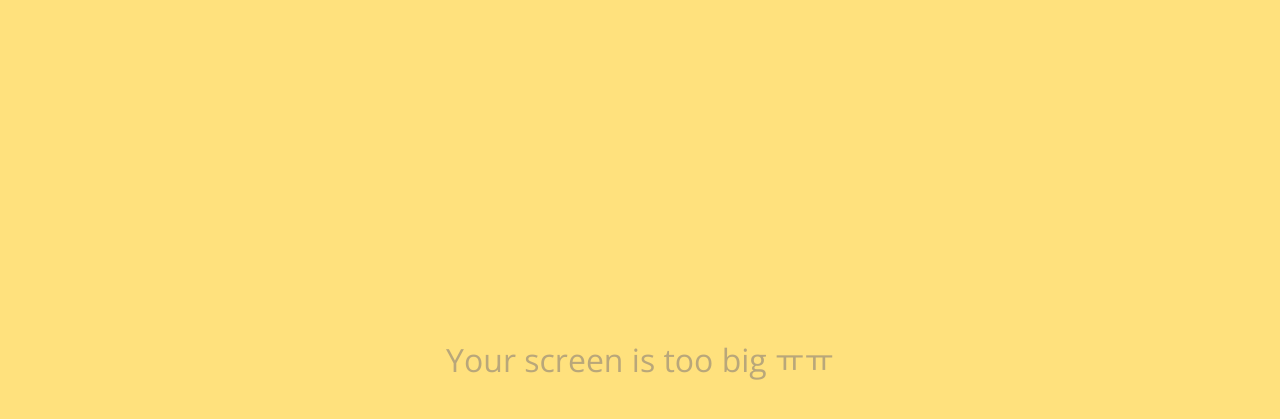
Repository: MIJI-H/kokoa-clone-2020
Page: settings.html
These files come from the project's save history. The page is drawn as it stood at one moment and after the next save; the edit follows.
The browser window is 1280 px wide. The pictures show the whole page.
Some web libraries are served in a nearby version.

Above is the page before, as saved 2023-08-06 08:52:09.

### settings.html
<!DOCTYPE html>
<html lang="en">
  <head>
    <link rel="stylesheet" href="css/styles.css" />
    <meta charset="UTF-8" />
    <meta name="viewport" content="width=device-width, initial-scale=1.0" />
    <title>Settings - Kokoa Clone</title>
  </head>
  <body>
    <div class="status-bar">
      <div class="status-bar__column">
        <span>Chunsik Service</span>
        <i class="fas fa-wifi"></i>
      </div>
      <div class="status-bar__column">
        <span>18:43</span>
      </div>
      <div class="status-bar__column">
        <span>80%</span>
        <i class="fas fa-battery-full fa-lg"></i>
        <i class="fas fa-bolt"></i>
      </div>
    </div>

    <header class="alt-header">
      <div class="alt-header__column">
        <a href="more.html">
          <i class="fas fa-angle-left fa-3x"></i>
        </a>
      </div>
      <div class="alt-header__column">
        <h1 class="alt-header__title">Settings</h1>
      </div>
      <div class="alt-header__column">
        <span><i class="fas fa-search fa-lg"></i></span>
      </div>
    </header>

    <main class="main-screen">
      <ul class="settings-list">
        <li class="settings__setting">
          <div class="settings__setting-column">
            <i class="fas fa-bullhorn"></i>
            <span>Notices</span>
          </div>
          <div class="settings__setting-column"></div>
        </li>
        <li class="settings__setting">
          <div class="settings__setting-column">
            <i class="fas fa-flask"></i>
            <span>Kokoa Lab</span>
          </div>
          <div class="settings__setting-column"></div>
        </li>
        <li class="settings__setting">
          <div class="settings__setting-column">
            <i class="fas fa-info-circle"></i>
            <span>Version</span>
          </div>
          <div class="settings__setting-column">Latest Version</div>
        </li>
      </ul>
    </main>
    <nav class="nav">
      <ul class="nav__list">
        <li class="nav__btn">
          <a class="nav__link" href="friends.html"
            ><i class="far fa-user fa-2x"></i
          ></a>
        </li>
        <li class="nav__btn">
          <a class="nav__link" href="chats.html">
            <span class="nav__notification badge">1</span>
            <i class="far fa-comment fa-2x"></i>
          </a>
        </li>
        <li class="nav__btn">
          <a class="nav__link" href="find.html"
            ><i class="fas fa-search fa-2x"></i
          ></a>
        </li>
        <li class="nav__btn">
          <a class="nav__link" href="more.html"
            ><i class="fas fa-ellipsis-h fa-2x"></i
          ></a>
        </li>
      </ul>
    </nav>
    <div id="no-mobile">
      <span>Your screen is too big ㅠㅠ</span>
    </div>

    <script
      src="https://kit.fontawesome.com/6478f529f2.js"
      crossorigin="anonymous"
    ></script>
  </body>
</html>

### css/styles.css
@import url("https://fonts.googleapis.com/css2?family=Open+Sans:wght@400;600&display=swap");
@import "reset.css";
@import "variables.css";
/*Components*/
@import "components/status-bar.css";
@import "components/nav-bar.css";
@import "components/screen-header.css";
@import "components/alt-screen-header.css";
@import "components/user-component.css";
@import "components/badge.css";
@import "components/icon-row.css";
@import "components/no-mobile.css";
/*Screens*/
@import "screens/login.css";
@import "screens/friends.css";
@import "screens/find.css";
@import "screens/more.css";
@import "screens/settings.css";
@import "screens/chat.css";
body {
  font-family: "Open Sans", sans-serif;
  color: rgb(185, 167, 122);
}
.main-screen {
  padding: 0px var(--horizontal-space);
}

### css/variables.css
:root {
  --yellow: rgb(255, 225, 125);
  --horizontal-space: 25px;
  --main-border: 1px solid rgba(0, 0, 0, 0.2);
}

### css/components/status-bar.css
.status-bar {
  display: flex;
  justify-content: center;
}
.status-bar__column {
  width: 33%;
}
.status-bar__column:first-child span {
  margin-right: 5px;
}
.status-bar__column:nth-child(2) {
  display: flex;
  justify-content: center;
  font-weight: bolder;
}
.status-bar__column:last-child {
  display: flex;
  justify-content: flex-end;
  align-items: center;
}
.status-bar__column .fa-battery-full {
  margin: 0px 5px;
}

### css/components/nav-bar.css
.nav {
  background-color: rgb(239, 195, 195, 0.3);
  padding: 20px 40px;
  border-top: 1px solid rgba(121, 121, 121, 0.3);
  position: fixed;
  bottom: 0px;
  width: 100%;
  box-sizing: border-box;
}
.nav__list {
  display: flex;
  justify-content: space-between;
}
.nav__link {
  color: rgb(196, 179, 104);
  position: relative;
}
@keyframes notificationAnimation {
  0% {
    transform: none;
  }
  50% {
    transform: translateY(-5px) rotateY(360deg);
  }
  100% {
    transform: none;
  }
}

.nav__notification {
  position: absolute;
  bottom: 15px;
  left: 15px;
  animation: notificationAnimation 2s ease-in-out infinite;
}

@keyframes appearBtnAnimation {
  from {
    opacity: 0;
  }
  to {
    opacity: 1;
    transform: none;
  }
}

.nav__btn {
  transform: translateY(50px);
  opacity: 0;
  animation: appearBtnAnimation 0.3s ease-in-out forwards;
}

.nav__btn:nth-child(2) {
  animation-delay: 0.2s;
}
.nav__btn:nth-child(3) {
  animation-delay: 0.5s;
}
.nav__btn:last-child {
  animation-delay: 0.8s;
}

### css/components/screen-header.css
.screen-header {
  display: flex;
  justify-content: space-between;
  align-items: center;
  padding: var(--horizontal-space);
  margin-bottom: 15px;
}
.screen-header__title {
  font-size: 32px;
  font-weight: 600;
  color: rgb(201, 116, 180);
}

.screen-header__icons span {
  margin-left: 25px;
}
@keyframes rotateCog {
  from {
    transform: none;
  }
  to {
    transform: rotateZ(360deg);
  }
}

.screen-header__icons .fa-cog:hover {
  animation: rotateCog 1s linear infinite;
}
#friends-display-link {
  text-align: center;
  display: block;
  background-color: rgba(201, 116, 180, 0.3);
  padding: 15px 0px;
  font-size: 16px;
}

#friends-display-link i {
  color: rgba(201, 116, 180, 0.3);
}

### css/components/alt-screen-header.css
.alt-header {
  padding: var(--horizontal-space);
  margin-bottom: 15px;
  display: flex;
  align-items: center;
  justify-content: center;
}
.alt-header__column {
  width: 33%;
}
.alt-header__title {
  font-size: 28px;
  font-weight: 600;
}

.alt-header__column:first-child {
  margin-right: auto;
}
.alt-header__column:nth-child(2) {
  text-align: center;
}
.alt-header__column:last-child {
  margin-left: auto;
  display: flex;
  justify-content: flex-end;
}

.alt-header__column span:last-child {
  margin-left: 20px;
}

### css/components/user-component.css
.user-component {
  justify-content: space-between;
}

.user-component,
.user-component__column:first-child {
  display: flex;
  align-items: center;
}

.user-component__avatar {
  width: 70px;
  height: 70px;
  border-radius: 30px;
  margin-right: 20px;
}

.user-component__title {
  font-weight: 600;
  font-size: 22px;
}

.user-component__subtitle {
  margin-top: 8px;
  font-size: 17px;
  color: rgba(0, 0, 0, 0.5);
}
.user-component__avatar--xl {
  width: 80px;
  height: 80px;
}
.user-component__avatar--sm {
  width: 60px;
  height: 60px;
  border-radius: 25px;
}

.user-component__title--not-bold {
  font-weight: 400;
}

.user-component__column:last-child {
  color: rgba(0, 0, 0, 0.4);
  display: flex;
  flex-direction: column;
  align-items: flex-end;
}

.user-component__time {
  margin-bottom: 10px;
  display: block;
}

### css/components/badge.css
.badge {
  background-color: rgb(227, 122, 170);
  width: 30px;
  height: 30px;
  border-radius: 15px;
  display: flex;
  justify-content: center;
  align-items: center;
  color: white;
  font-weight: 600;
}

### css/screens/login.css
 .welcome-header {
    text-align: center;
    margin: 90px 0px;
    display: flex;
    flex-direction: column;
    align-items: center;
  }
  .welcome-header__title {
    font-size: 25px;
    font-weight: 550;
    margin-bottom: 40px;
  }
  .welcome-header__text1 {
    width: 45%;
    color: gray;
    margin-bottom: 6px;
  }
  .welcome-header__text2 {
    color: gray;
  }

  #login-form {
    display: flex;
    flex-direction: column;
    margin: 0px 30px;
  }

  #login-form input {
    padding: 15px 0px;
    border: none;
    font-size: 18px;
    margin-bottom: 20px;
  }
  #login-form input:not([type="submit"]) {
    border-bottom: 1px solid rgba(0, 0, 0, 0.2);
    transition: border-color 0.3s ease-in-out;
  }
  #login-form input::placeholder {
    color: rgba(0, 0, 0, 0.4);
  }

  #login-form input:focus {
    border-color: var(--yellow);
    transition: 0.3s ease-in-out;
  }

  #login-form input[type="submit"] {
    background-color: var(--yellow);
    cursor: pointer;
    font-size: 16px;
    border-radius: 5px;

  #login-form a {
    text-align: center;
    text-decoration: none;
    color: inherit;
    font-size: 13px;
  }

### css/screens/friends.css
#friends-display-link {
  text-align: center;
  display: block;
  background-color: #fafafa;
  padding: 15px 0px;
  font-size: 18px;
  margin-top: -15px;
}

#friends-display-link i {
  color: rgba(0, 0, 0, 0.3);
}

.friends-screen {
  padding: 0px var(--horizontal-space);
}
.friends-screen__channel {
  margin-top: 25px;
  border-top: var(--main-border);
  padding-top: 15px;
}

.friends-screen__channel-header {
  margin-bottom: 30px;
  display: flex;
  justify-content: space-between;
  color: rgba(0, 0, 0, 0.5);
}
@keyframes hideSplashScreen {
  from {
    opacity: 1;
  }
  to {
    opacity: 0;
    visibility: hidden;
  }
}

#splash-screen {
  background-color: var(--yellow);
  background-image: url("https://item.kakaocdn.net/do/c5c470298d527ef65eb52883f0f186c48f324a0b9c48f77dbce3a43bd11ce785");
  background-size: cover;
  position: absolute;
  height: 100vh;
  width: 100vw;
  top: 0;
  display: flex;
  justify-content: center;
  align-items: center;
  font-size: 132px;
  animation: hideSplashScreen 0.3s ease-in-out forwards;
  animation-delay: 2s;
}

### css/screens/find.css
.recommended-friends {
  margin: 25px 0px;
  padding: 25px 0px;
  border-top: var(--main-border);
  border-bottom: var(--main-border);
}
.recommended-friends__title {
  font-size: 14px;
  color: rgba(0, 0, 0, 0.5);
}

.recommended-friends span {
  margin: 100px 0;
  display: block;
  text-align: center;
  font-size: 18px;
  color: rgba(0, 0, 0, 0.5);
}
.open-chat__header {
  display: flex;
  justify-content: space-between;
  opacity: 0.8;
  margin-bottom: 25px;
}

.open-chat__header span {
  opacity: 0.6;
}

.open-post {
  display: flex;
  justify-content: space-between;
  align-items: center;
}

.open-post__title {
  font-weight: 600;
  margin-bottom: 7px;
}

.open-post__hashtags {
  text-transform: uppercase;
  opacity: 0.6;
}

.open-post__members {
  margin-top: 7px;
  display: flex;
  align-items: center;
}

.open-post__members img {
  width: 15px;
  height: 15px;
  border-radius: 50%;
  margin-right: 5px;
}

.open-post__member-count {
  opacity: 0.5;
  font-size: 14px;
}

.open-post__members .divider {
  width: 2px;
  height: 15px;
  margin: 0 5px;
  background-color: rgba(0, 0, 0, 0.2);
}

.open-post__member-status {
  color: #ffb0e0;
}
.open-post__photo {
  position: relative;
}

.open-post__photo img {
  width: 100px;
  height: 100px;
  border-radius: 10px;
  border: 2px solid pink;
}
.open-post__heart-count {
  background-color: rgba(0, 0, 0, 0.5);
  color: white;
  padding: 5px;
  border-radius: 20px;
  display: flex;
  align-items: center;
  position: absolute;
  bottom: 10px;
  right: 10px;
  font-size: 12px;
}

.open-post__heart-count span {
  margin-left: 3px;
}
@keyframes heartBeat {
  0% {
    color: white;
    transform: none;
  }
  50% {
    color: tomato;
    transform: scale(1.5);
  }
  100% {
    color: white;
    transform: none;
  }
}

.open-post__heart-count:hover i {
  will-change: transform;
  animation: heartBeat 1s linear infinite;
}

### css/screens/more.css
.more-screen .icon-row {
  margin-top: 35px;
}

.more-suggestions {
  margin-top: 50px;
  border-top: var(--main-border);
  padding-top: 40px;
}

.more-suggestions__title {
  margin-bottom: 30px;
}
.more-suggestions__icons {
  display: flex;
}

.more-suggestions__icon {
  margin-right: 30px;
  display: flex;
  flex-direction: column;
  align-items: center;
}

.more-suggestions__icon-image {
  width: 60px;
  height: 60px;
  background-color: var(--yellow);
  border-radius: 10px;
  display: flex;
  justify-content: center;
  align-items: center;
  margin-bottom: 10px;
}

.more-suggestions__icon-image i {
  font-size: 32px;
  color: white;
}

### css/screens/settings.css
.settings__setting {
  padding: 20px 0;
  border-bottom: 1px solid rgba(0, 0, 0, 0.1);
  font-size: 20px;
  display: flex;
  align-items: center;
  justify-content: space-between;
}

.settings__setting i {
  opacity: 0.8;
  margin-right: 20px;
  font-size: 22px;
}
.settings__setting-column:last-child {
  opacity: 0.5;
}

### css/screens/chat.css
#chat-screen {
  background-color: rgb(255, 248, 183);
  height: 500vh;
}
#chat-screen .alt-header,
#chat-screen .status-bar {
  top: 0;
  position: fixed;
  width: 100%;
  background-color: rgb(255, 248, 183);
  box-sizing: border-box;
}

#chat-screen .status-bar {
  z-index: 2;
}

#chat-screen .alt-header {
  top: 10px;
  z-index: 1;
}

@keyframes fadeIn {
  from {
    transform: translateY(30px);
    opacity: 0;
  }
  to {
    transform: none;
    opacity: 1;
  }
}
.main-chat {
  margin-top: 180px;
  display: flex;
  flex-direction: column;
  align-items: center;
  animation: fadeIn 0.8s linear;
}

.chat__timestamp {
  color: white;
  background-color: #92a4b2;
  padding: 15px;
  font-size: 14px;
  border-radius: 25px;
  margin-bottom: 25px;
}

.message-row {
  width: 100%;
  display: flex;
  margin-bottom: 25px;
}

.message-row img {
  width: 50px;
  height: 50px;
  border-radius: 50%;
  margin-right: 10px;
}

.message__author {
  margin-bottom: 5px;
  display: block;
}

.message__info {
  display: flex;
  align-items: flex-end;
}

.message__bubble {
  background-color: white;
  padding: 13px;
  font-size: 18px;
  border-radius: 15px;
  border-top-left-radius: 0px;
  margin-right: 5px;
}

.message__time,
.message__author {
  opacity: 0.8;
  font-size: 14px;
}
.message-row--own {
  justify-content: flex-end;
}

.message-row--own .message__bubble {
  background-color: var(--yellow);
  border-top-right-radius: 0px;
  border-top-left-radius: 15px;
  margin-right: 0px;
  margin-left: 5px;
}

.message-row--own .message__info {
  flex-direction: row-reverse;
}
.reply {
  position: fixed;
  bottom: 0;
  width: 100%;
  background-color: white;
  display: flex;
  justify-content: space-between;
  padding: 5px 25px;
  box-sizing: border-box;
  align-items: center;
  transition: all 0.3s ease-in-out;
}

.reply .reply__column:first-child {
  width: 10%;
}
.reply .reply__column:last-child {
  width: 90%;
  position: relative;
}

.reply i {
  opacity: 0.5;
}

.reply input {
  padding: 14px;
  width: 100%;
  border: var(--main-border);
  border-radius: 25px;
  box-sizing: border-box;
  transition: all 0.3s ease-in-out;
}

.reply__column:last-child > i,
.reply__column:last-child button {
  position: absolute;
  right: 3px;
  top: 3px;
}

.reply__column:last-child > i {
  right: 50px;
  top: 15px;
}

.reply__column button {
  background-color: var(--yellow);
  border: none;
  width: 40px;
  height: 40px;
  border-radius: 50%;
}

.reply__column button i {
  opacity: 1;
}
.reply__column button:focus,
.reply__column button:active {
  outline: none;
}
.reply .reply__column:first-child,
.reply .fa-smile-wink,
.reply button {
  transition: opacity 0.3s ease-in-out;
}

.reply:focus-within .reply__column:first-child,
.reply:focus-within .fa-smile-wink,
.reply:focus-within button {
  opacity: 0;
}

.reply:focus-within input {
  width: 98vw;
  transform: translateX(-13%) translateY(-80px);
}

.reply:focus-within {
  transform: translateY(80px);
}

Loaded but not shown: css/reset.css (common file); css/components/icon-row.css (common file); css/components/no-mobile.css (common file)

After the next save:
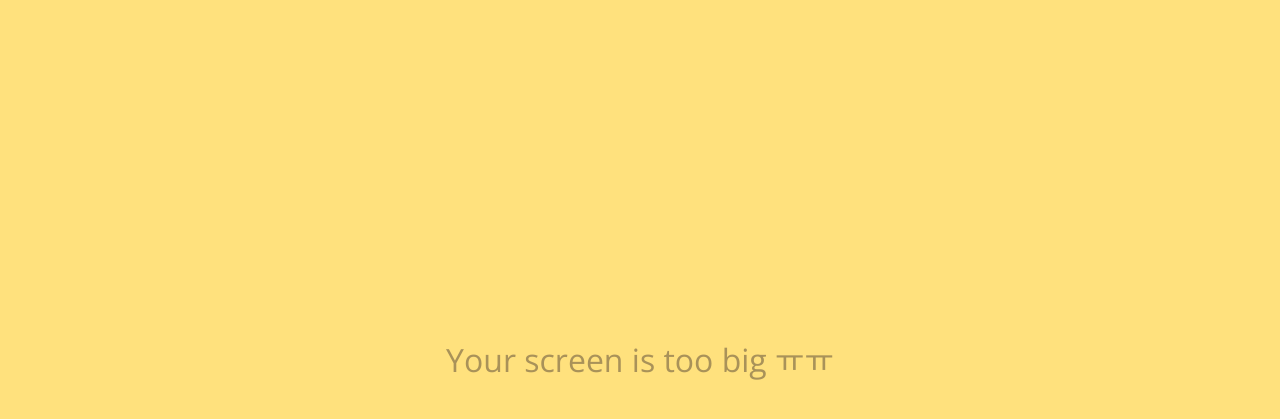
Saved 6 s later.
--- a/css/styles.css
+++ b/css/styles.css
@@ -19,7 +19,7 @@
 @import "screens/chat.css";
 body {
   font-family: "Open Sans", sans-serif;
-  color: rgb(185, 167, 122);
+  color: rgb(169, 146, 89);
 }
 .main-screen {
   padding: 0px var(--horizontal-space);
